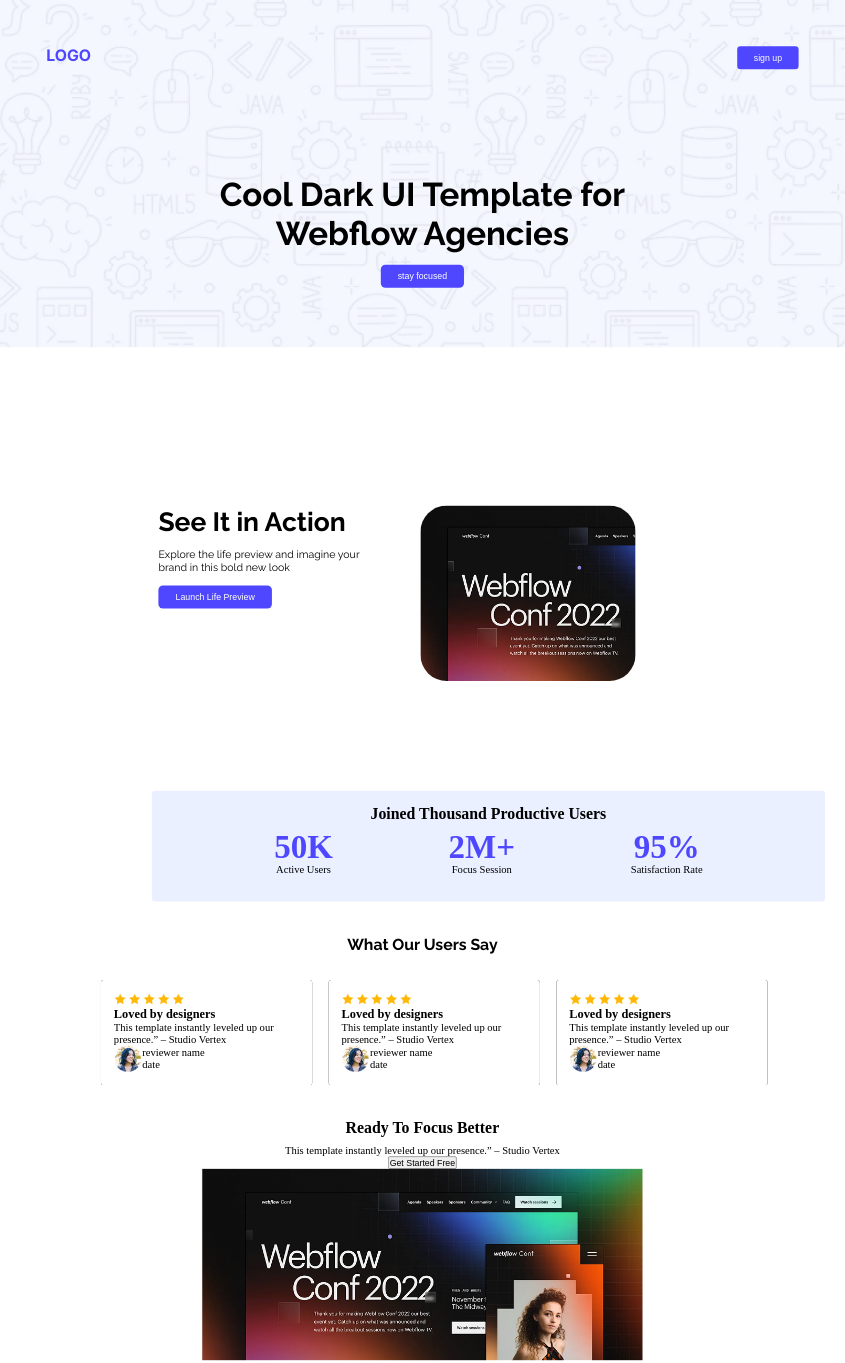
Repository: dollyrakhe22/landing-launchpad
Page: index.html
These files come from the project's save history. The page is drawn as it stood at one moment and after the next save; the edit follows.
The browser window is 1280 px wide. The pictures show the whole page, at 66% of full size.

Above is the page before, as saved 2025-07-11 08:48:41.

After the next save:
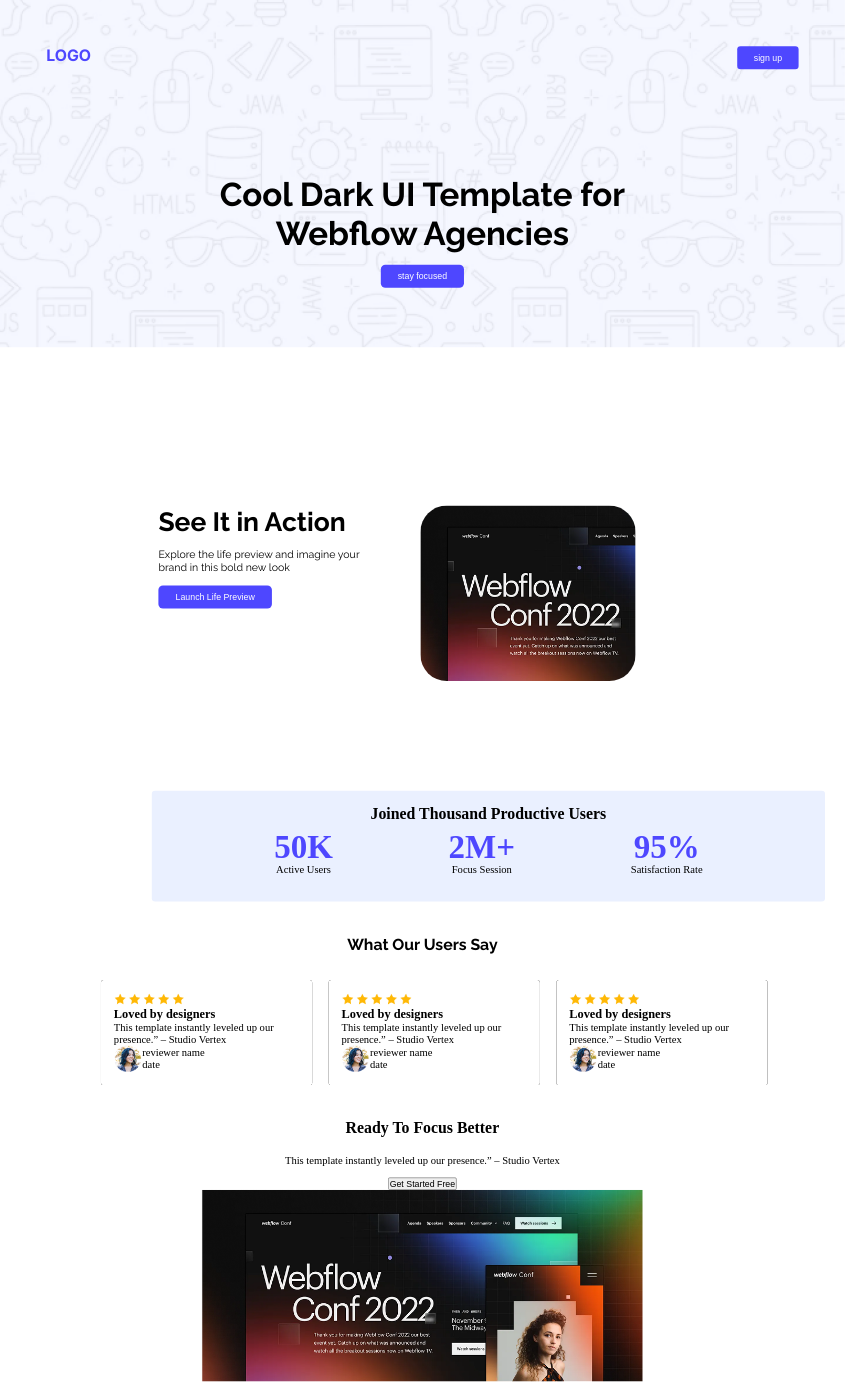
Saved 39 s later.
--- a/style.css
+++ b/style.css
@@ -152,5 +152,5 @@ nav button{
     line-height: 50px;
 }
 .focus-container p{
-    list-style: 100px;
+    line-height: 50px;
 }
